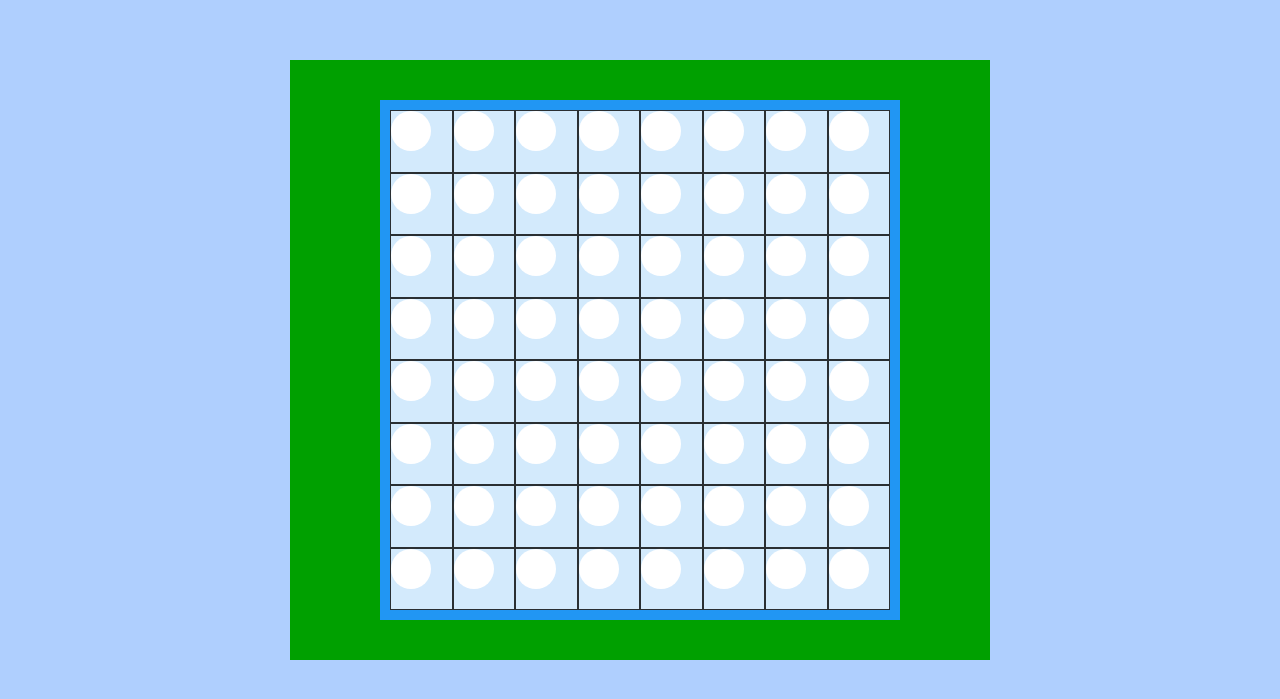
Repository: eliaoucohen72/react-reversi
Page: /
The author's editor kept a copy of each file at every save. The page is drawn from the files as they stood at one save, then again after a run of saves.
The browser window is 1280 px wide. The pictures show the whole page.
The project was rebuilt for these pictures with package versions that can differ from the ones it lists, and the page was loaded fresh each time. Also part of the build but not shown: vite.config.ts.

Above is the page before, as saved 2024-08-26 13:00:52.

### src/App.tsx
import "./App.css";

function App() {
  const returnBoard = () =>
    Array.from({ length: 64 }, (_: number, i: number) => {
      return (
        <div className="grid-item">
          <div style={{ height: "40px", width: "40px", backgroundColor: 'white', borderRadius: '20px' }}></div>
        </div>
      );
    });

  return (
    <div className="wrapper">
      <div className="subWrapper">
        <div className="grid-container">{returnBoard()}</div>
      </div>
    </div>
  );
}

export default App;

### src/App.css
.wrapper {
  width: 100vw;
  height: 100vh;
  background-color: #afcffe;
  position: relative;
}

.subWrapper {
  position: absolute;
  width: 700px;
  height: 600px;
  background-color: #00a000;
  top: 50%;
  left: 50%;
  transform: translate(-50%, -50%);
  display: flex;
  align-items: center;
  justify-content: center;
}

.grid-container {
  display: grid;
  grid-template-columns: 12.5% 12.5% 12.5% 12.5% 12.5% 12.5% 12.5% 12.5%;
  background-color: #2196f3;
  padding: 10px;
  width: 500px;
  height: 500px;
}
.grid-item {
  background-color: rgba(255, 255, 255, 0.8);
  border: 1px solid rgba(0, 0, 0, 0.8);
  text-align: center;
  font-size: 16px;
  display: "flex";
  align-items: "center";
  justify-content: "center";
}

Loaded but not shown: index.html (common file); src/main.tsx (common file); src/index.css (common file)

After the next 5 saves:
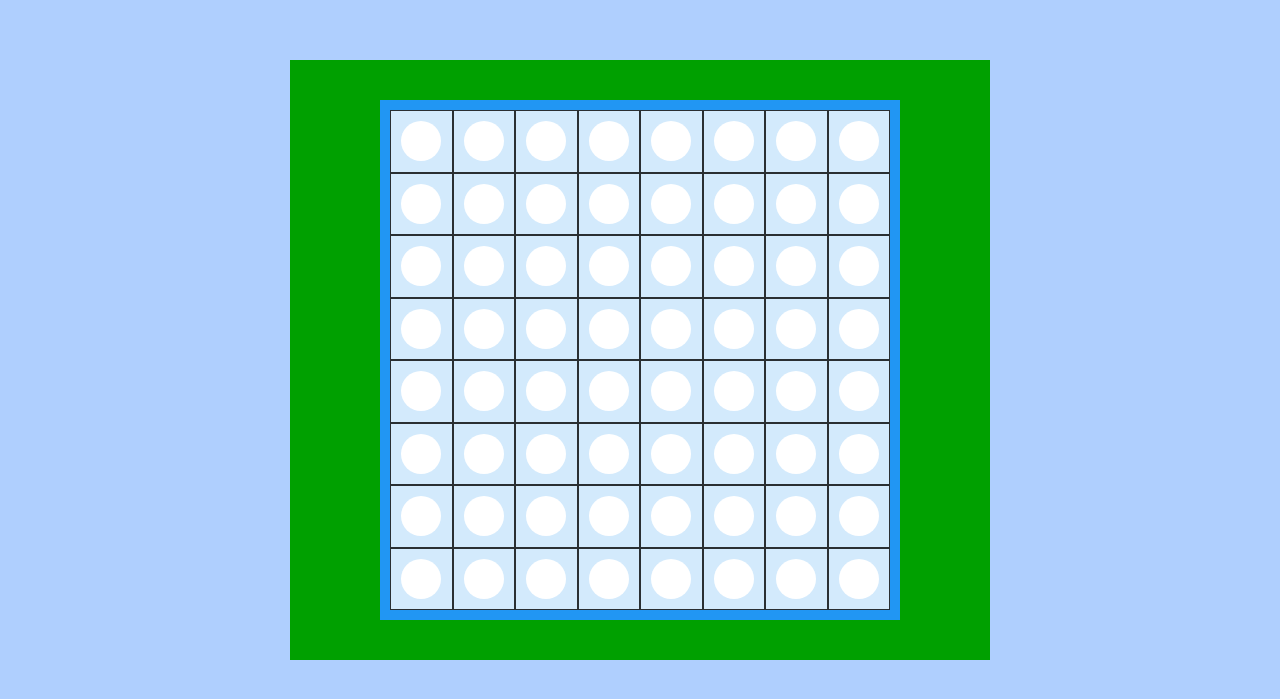
The 5 saves are shown as one change because they came seconds apart.
The last was saved 27 s later.
--- a/src/App.css
+++ b/src/App.css
@@ -31,7 +31,7 @@
   border: 1px solid rgba(0, 0, 0, 0.8);
   text-align: center;
   font-size: 16px;
-  display: "flex";
-  align-items: "center";
-  justify-content: "center";
+  display: flex;
+  align-items: center;
+  justify-content: center;
 }
